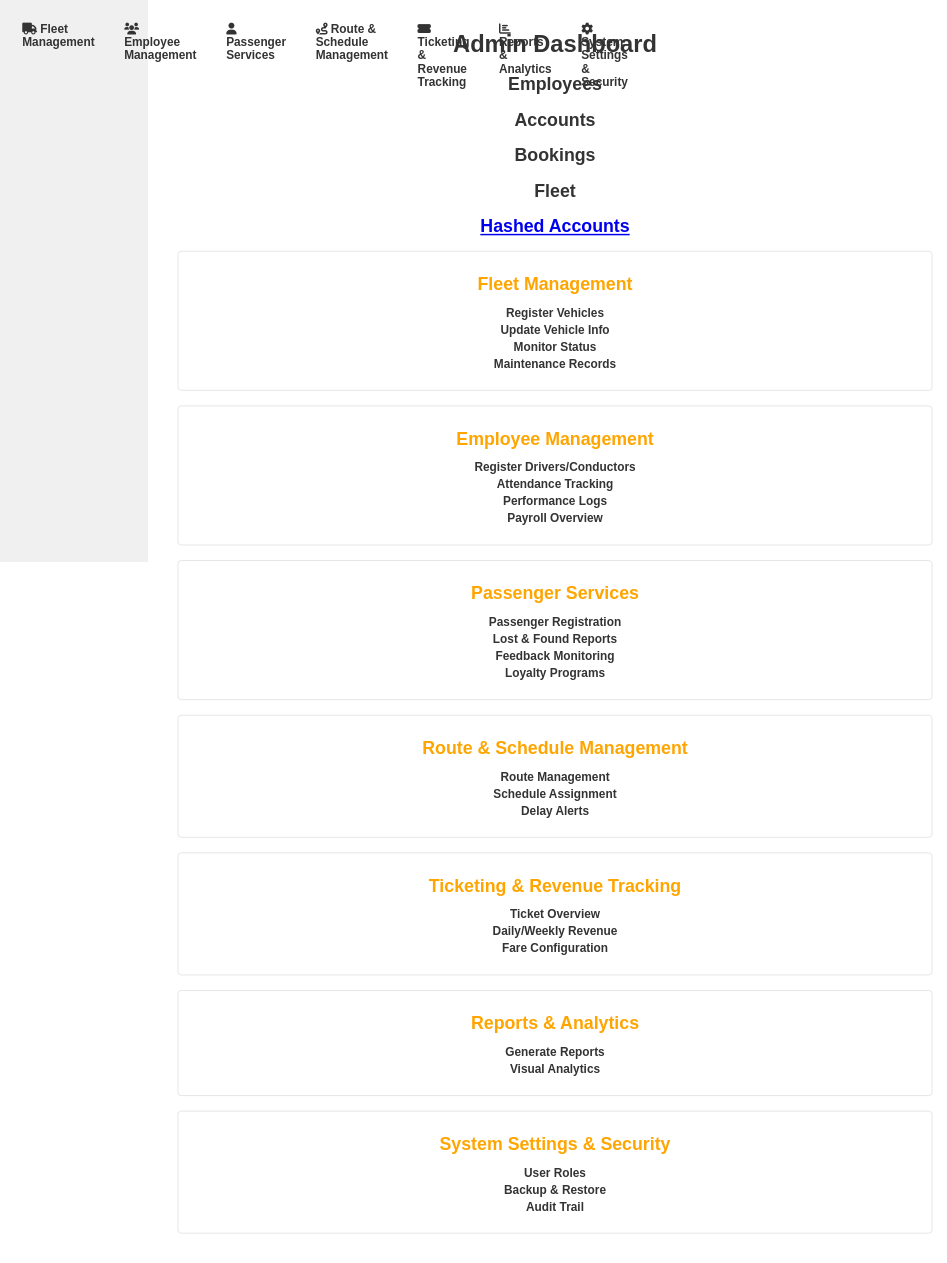
Repository: Ndegwa2/Smart-Transport-System
Page: client/admin.html
These files come from the project's save history. The page is drawn as it stood at one moment and after the next save; the edit follows.
The browser window is 1280 px wide. The pictures show the whole page, at 74% of full size.

Above is the page before, as saved 2025-05-27 11:45:57.
Console error: TypeError: Cannot set properties of null (setting 'innerHTML')

### client/admin.html
<!DOCTYPE html>
<html>
<head>
    <title>Admin Page</title>
    <meta name="viewport" content="width=device-width, initial-scale=1.0">
    <link rel="stylesheet" type="text/css" href="styles.css">
    <link rel="stylesheet" href="https://cdnjs.cloudflare.com/ajax/libs/font-awesome/6.0.0/css/all.min.css" integrity="sha512-9usAa10IRO0HhonpyAIVpjrylPvoDwiPUiKdWk5t3PyolY1cOd4DSE0Ga+ri4AuTroPR5aQvXU9xC6qOPnzFeg==" crossorigin="anonymous" referrerpolicy="no-referrer" />
</head>
<body>
  <div class="container">
    <nav class="sidebar">
      <ul>
        <li><a href="#fleet_management"><i class="fas fa-truck"></i> Fleet Management</a></li>
        <li><a href="#employee_management"><i class="fas fa-users"></i> Employee Management</a></li>
        <li><a href="#passenger_services"><i class="fas fa-user"></i> Passenger Services</a></li>
        <li><a href="#route_schedule_management"><i class="fas fa-route"></i> Route & Schedule Management</a></li>
        <li><a href="#ticketing_revenue_tracking"><i class="fas fa-ticket-alt"></i> Ticketing & Revenue Tracking</a></li>
        <li><a href="#reports_analytics"><i class="fas fa-chart-bar"></i> Reports & Analytics</a></li>
        <li><a href="#system_settings_security"><i class="fas fa-cog"></i> System Settings & Security</a></li>
      </ul>
    </nav>
    <main class="content">
      <h1>Admin Dashboard</h1>

    <section id="employees">
        <h2>Employees</h2>
        <!-- Employee data will be displayed here -->
    </section>

    <section id="accounts">
        <h2>Accounts</h2>
        <!-- Account data will be displayed here -->
    </section>

    <section id="bookings">
        <h2>Bookings</h2>
        <!-- Booking data will be displayed here -->
    </section>

    <section id="fleet">
        <h2>Fleet</h2>
        <!-- Fleet data will be displayed here -->
    </section>

    <section id="hashed_accounts_link">
        <h2><a href="hashed_accounts.html">Hashed Accounts</a></h2>
    </section>

    <section id="fleet_management">
      <h2>Fleet Management</h2>
      <!-- Fleet Management features will be displayed here -->
      <ul>
        <li><a href="#">Register Vehicles</a></li>
        <li><a href="#">Update Vehicle Info</a></li>
        <li><a href="#">Monitor Status</a></li>
        <li><a href="#">Maintenance Records</a></li>
      </ul>
    </section>

    <section id="employee_management">
      <h2>Employee Management</h2>
      <!-- Employee Management features will be displayed here -->
      <ul>
        <li><a href="#">Register Drivers/Conductors</a></li>
        <li><a href="#">Attendance Tracking</a></li>
        <li><a href="#">Performance Logs</a></li>
        <li><a href="#">Payroll Overview</a></li>
      </ul>
    </section>

    <section id="passenger_services">
      <h2>Passenger Services</h2>
      <!-- Passenger Services features will be displayed here -->
      <ul>
        <li><a href="#">Passenger Registration</a></li>
        <li><a href="#">Lost & Found Reports</a></li>
        <li><a href="#">Feedback Monitoring</a></li>
        <li><a href="#">Loyalty Programs</a></li>
      </ul>
    </section>

    <section id="route_schedule_management">
      <h2>Route & Schedule Management</h2>
      <!-- Route & Schedule Management features will be displayed here -->
      <ul>
        <li><a href="#">Route Management</a></li>
        <li><a href="#">Schedule Assignment</a></li>
        <li><a href="#">Delay Alerts</a></li>
      </ul>
    </section>

    <section id="ticketing_revenue_tracking">
      <h2>Ticketing & Revenue Tracking</h2>
      <!-- Ticketing & Revenue Tracking features will be displayed here -->
      <ul>
        <li><a href="#">Ticket Overview</a></li>
        <li><a href="#">Daily/Weekly Revenue</a></li>
        <li><a href="#">Fare Configuration</a></li>
      </ul>
    </section>

    <section id="reports_analytics">
      <h2>Reports & Analytics</h2>
      <!-- Reports & Analytics features will be displayed here -->
      <ul>
        <li><a href="#">Generate Reports</a></li>
        <li><a href="#">Visual Analytics</a></li>
      </ul>
    </section>

    <section id="system_settings_security">
      <h2>System Settings & Security</h2>
      <!-- System Settings & Security features will be displayed here -->
      <ul>
        <li><a href="#">User Roles</a></li>
        <li><a href="#">Backup & Restore</a></li>
        <li><a href="#">Audit Trail</a></li>
      </ul>
    </section>
    <script src="script.js"></script>
    </main>
  </div>
</body>
</html>

### client/styles.css
body {
    font-family: sans-serif;
    margin: 0;
    padding: 0;
    background-color: #fff;
    color: #333;
}

.container {
    display: grid;
    grid-template-columns: 200px 1fr;
    grid-gap: 20px;
    min-height: 100vh;
}

.sidebar {
    background-color: #f0f0f0;
    padding: 20px;
    position: sticky;
    top: 0;
    height: 100vh;
}

.sidebar ul {
    list-style: none;
    padding: 0;
}

.sidebar li {
    margin-bottom: 10px;
}

.sidebar a {
    text-decoration: none;
    color: #333;
    font-weight: bold;
    display: block;
    padding: 10px;
    border-radius: 5px;
    transition: background-color 0.3s ease;
}

.sidebar a:hover {
    background-color: #ddd;
}

.content {
    padding: 20px;
}

header {
    background-color: #fff;
    padding: 20px;
    display: flex;
    justify-content: space-between;
    align-items: center;
    box-shadow: 0 2px 5px rgba(0, 0, 0, 0.1);
}

.logo img {
    height: 50px;
}

nav ul {
    list-style: none;
    margin: 0;
    padding: 0;
    display: flex;
}

nav li {
    margin-right: 20px;
}

nav a {
    text-decoration: none;
    color: #333;
    font-weight: bold;
    transition: color 0.3s ease;
}

nav a:hover {
    color: orange;
}

.account {
    display: flex;
    align-items: center;
}

.sign-in-out button {
    background-color: orange;
    color: #fff;
    border: none;
    padding: 10px 20px;
    margin-right: 10px;
    border-radius: 5px;
    cursor: pointer;
    transition: background-color 0.3s ease;
}

.sign-in-out button:hover {
    background-color: #d97706;
}

.account-icon img {
    height: 30px;
    border-radius: 50%;
}

main {
    padding: 50px;
    text-align: center;
}

.hero h1 {
    font-size: 3em;
    color: orange;
    margin-bottom: 20px;
}

.hero p {
    font-size: 1.2em;
    line-height: 1.5;
}

footer {
    background-color: #333;
    color: #fff;
    text-align: center;
    padding: 20px;
}

.mission-vision-contacts {
    display: flex;
    justify-content: space-around;
    margin-top: 20px;
}

.card {
    width: 30%;
    padding: 20px;
    border: 1px solid #ddd;
    border-radius: 10px;
    text-align: left;
    transition: transform 0.3s ease;
}

.card:hover {
    transform: translateY(-5px);
    box-shadow: 0 4px 8px rgba(0, 0, 0, 0.2);
}

.slideshow {
    margin-top: 15px;
}

.slideshow-container {
    display: flex;
    flex-wrap: wrap;
}

.slide {
    width: 30%;
    margin: 10px;
    border: 1px solid #ddd;
    border-radius: 5px;
    box-shadow: 0 2px 5px rgba(0, 0, 0, 0.1);
    flex-shrink: 0;
    transition: transform 0.5s ease-in-out;
}

.slide img {
    width: 100%;
    height: 100%;
    object-fit: cover;
}

.about-us {
    margin-top: 15px;
    text-align: justify;
    padding: 20px;
    border: 1px solid #ddd;
    border-radius: 5px;
    box-shadow: 0 2px 5px rgba(0, 0, 0, 0.1);
    width: 100%;
    box-sizing: border-box;
}

.routes {
    margin-top: 20px;
    text-align: left;
}

.routes ul {
    list-style: none;
    padding: 0;
}

.routes li {
    margin-bottom: 10px;
}

.route-list {
    display: flex;
    justify-content: space-around;
    list-style: none;
    padding: 0;
}

.route-list li {
    text-align: center;
}

.route-list img {
    width: 100%;
    height: 200px;
    object-fit: cover;
    border-radius: 5px;
    box-shadow: 0 2px 5px rgba(0, 0, 0, 0.3);
    transition: transform 0.3s ease;
}

.route-list img:hover {
    transform: scale(1.1);
}

.route-list span {
    display: block;
    margin-top: 5px;
    font-weight: bold;
}

.booking-page header {
    background-color: #fff;
    padding: 20px;
    display: flex;
    justify-content: space-between;
    align-items: center;
    box-shadow: 0 2px 5px rgba(0, 0, 0, 0.1);
}

.booking-page main {
    padding: 50px;
    text-align: center;
}

.booking-page {
    background-color: #fff8f0; /* Light orange background */
}

.booking-page header {
    background-color: #ffddb3; /* Light orange header */
}

.booking-page footer {
    background-color: #ffbb77; /* Darker orange footer */
    color: #333;
}

.booking-page section {
    margin-bottom: 20px;
    width: 60%; /* Reduced width for smaller cards */
    border: 2px solid #ffbb77; /* Orange border */
    padding: 20px;
    border-radius: 10px;
    transition: border-color 0.3s ease;
}

.booking-page section:hover {
    border-color: #ff8f00; /* Darker orange on hover */
    box-shadow: 0 4px 8px rgba(0, 0, 0, 0.2);
}

/* Animated border */
@keyframes border-animation {
    0% { border-color: #ffbb77; }
    50% { border-color: #ff8f00; }
    100% { border-color: #ffbb77; }
}

.booking-page section {
    animation: border-animation 5s infinite;
}

.analytics-container {
    display: flex;
    justify-content: space-around;
    text-align: center;
}

.analytics-container div {
    width: 30%;
}

.booking-page footer {
    background-color: #333;
    color: #fff;
    text-align: center;
    padding: 20px;
}

/* Styles for routes.html */
.route-container {
    display: flex;
    flex-wrap: wrap;
    justify-content: space-around;
}

.route-card {
    width: 200px;
    margin: 10px;
    padding: 15px;
    border: 1px solid #ddd;
    border-radius: 5px;
    text-align: center;
}

.route-card h3 {
    color: orange;
}

.info-container {
    display: flex;
    justify-content: space-around;
    margin-top: 20px;
}

.info-card {
    width: 30%;
    padding: 15px;
    border: 1px solid #ddd;
    border-radius: 5px;
    text-align: center;
}

.info-card h3 {
    color: orange;
}

.route-card img {
    width: 100%;
    max-height: 150px;
    object-fit: cover;
    border-radius: 5px;
    margin-bottom: 10px;
}

.info-card img {
    width: 100%;
    max-height: 100px;
    object-fit: cover;
    border-radius: 5px;
    margin-bottom: 10px;
}

.info-card {
    float: left;
    width: 45%;
    margin-right: 2%;
    border: 2px solid black;
}

.info-card h3 {
    color: orange;
}

.info-card:last-child {
    float: right;
    margin-right: 0;
}

/* Admin page styles */
#admin-dashboard {
    padding: 20px;
}

#admin-dashboard h1 {
    color: orange;
    text-align: center;
}

#admin-dashboard section {
    margin-bottom: 20px;
    padding: 10px;
    border: 1px solid #ddd;
    border-radius: 5px;
}

#admin-dashboard h2 {
    color: orange;
    margin-bottom: 10px;
}

#admin-dashboard ul {
    list-style: none;
    padding: 0;
}

#admin-dashboard li {
    margin-bottom: 5px;
}

/* Styles for admin dashboard sections */
#fleet_management,
#employee_management,
#passenger_services,
#route_schedule_management,
#ticketing_revenue_tracking,
#reports_analytics,
#system_settings_security {
    margin-bottom: 20px;
    padding: 10px;
    border: 1px solid #ddd;
    border-radius: 5px;
}

#fleet_management h2,
#employee_management h2,
#passenger_services h2,
#route_schedule_management h2,
#ticketing_revenue_tracking h2,
#reports_analytics h2,
#system_settings_security h2 {
    color: orange;
    margin-bottom: 10px;
}

#fleet_management ul,
#employee_management ul,
#passenger_services ul,
#route_schedule_management ul,
#ticketing_revenue_tracking ul,
#reports_analytics ul,
#system_settings_security ul {
    list-style: none;
    padding: 0;
}

#fleet_management li,
#employee_management li,
#passenger_services li,
#route_schedule_management li,
#ticketing_revenue_tracking li,
#reports_analytics li,
#system_settings_security li {
    margin-bottom: 5px;
}

#fleet_management li a,
#employee_management li a,
#passenger_services li a,
#route_schedule_management li a,
#ticketing_revenue_tracking li a,
#reports_analytics li a,
#system_settings_security li a {
    text-decoration: none;
    color: #333;
    font-weight: bold;
    transition: color 0.3s ease;
}

#fleet_management li a:hover,
#employee_management li a:hover,
#passenger_services li a:hover,
#route_schedule_management li a:hover,
#ticketing_revenue_tracking li a:hover,
#reports_analytics li a:hover,
#system_settings_security li a:hover {
    color: orange;
}

### client/script.js
const routesData = [
  {
    route: "Nairobi - Kisumu",
    time: "8:00 AM",
    availableBuses: 5,
    availableSeats: 20,
    occupiedSeats: 30
  },
  {
    route: "Nairobi - Mombasa",
    time: "9:00 AM",
    availableBuses: 3,
    availableSeats: 10,
    occupiedSeats: 40
  }
];

function displayRoutes() {
  const routesSection = document.getElementById("routes");
  let routesHTML = "<ul>";
  routesData.forEach(route => {
    routesHTML += `<li>${route.route} - ${route.time} - Available Buses: ${route.availableBuses}</li>`;
  });
  routesHTML += "</ul>";
  routesSection.innerHTML = routesHTML;
}

function displayAnalytics() {
  if (isAdmin()) {
    const busAnalyticsSection = document.getElementById("bus-analytics");
    const seatAnalyticsSection = document.getElementById("seat-analytics");

    let totalAvailableBuses = 0;
    let totalAvailableSeats = 0;
    let totalOccupiedSeats = 0;

    routesData.forEach(route => {
      totalAvailableBuses += route.availableBuses;
      totalAvailableSeats += route.availableSeats;
      totalOccupiedSeats += route.occupiedSeats;
    });

    busAnalyticsSection.innerHTML = `<p>Total Available Buses: ${totalAvailableBuses}</p>`;
    seatAnalyticsSection.innerHTML = `
      <p>Total Available Seats: ${totalAvailableSeats}</p>
      <p>Total Occupied Seats: ${totalOccupiedSeats}</p>`;
  } else {
    const analyticsSection = document.getElementById("analytics");
    analyticsSection.innerHTML = "<p>Analytics available to admins only.</p>";
  }
}

function isAdmin() {
  // Replace with actual authentication check
  return true;
}

// 🌦️ Fetch and display real-time weather
function fetchWeather() {
  const WEATHER_API_KEY = 'a9232d8b5b75e6c17a3560c1dd3803f4'//API Key.
  const CITY = 'Nairobi';
  const url = `https://api.openweathermap.org/data/2.5/weather?q=${CITY}&appid=${WEATHER_API_KEY}&units=metric`;

  fetch(url)
    .then(response => {
      if (!response.ok) throw new Error('Weather fetch failed');
      return response.json();
    })
    .then(data => {
      const weatherDesc = data.weather[0].description;
      const temp = data.main.temp;
      const trafficUpdate = document.getElementById('traffic-update');
      trafficUpdate.innerHTML += `
        <p><i class="fas fa-cloud-sun"></i> Weather in ${CITY}: ${weatherDesc}, ${temp}°C</p>
      `;
    })
    .catch(error => console.error('Weather error:', error));
}

// Run functions
displayRoutes();
displayAnalytics();
fetchWeather();

// Function to update booking information dynamically
function updateBookingInfo() {
    const distance = Math.floor(Math.random() * 500) + 100; // Random distance between 100 and 600 km
    const eta = Math.floor(Math.random() * 8) + 3; // Random ETA between 3 and 10 hours
    const fare = 1500; // Base fare
    const totalFare = fare + (distance * 2); // Example calculation

    document.getElementById('distance').textContent = `${distance} km`;
    document.getElementById('eta').textContent = `${eta} hours`;
    document.getElementById('total-fare').textContent = `Ksh ${totalFare}`;
}

// Call updateBookingInfo to display dynamic data
updateBookingInfo();

// Add event listeners to the links in the admin dashboard sections
const adminDashboardSections = document.querySelectorAll('#fleet_management a, #employee_management a, #passenger_services a, #route_schedule_management a, #ticketing_revenue_tracking a, #reports_analytics a, #system_settings_security a');

adminDashboardSections.forEach(link => {
    link.addEventListener('click', (event) => {
        event.preventDefault();
        alert('This feature is not yet implemented.');
    });
});

After the next save:
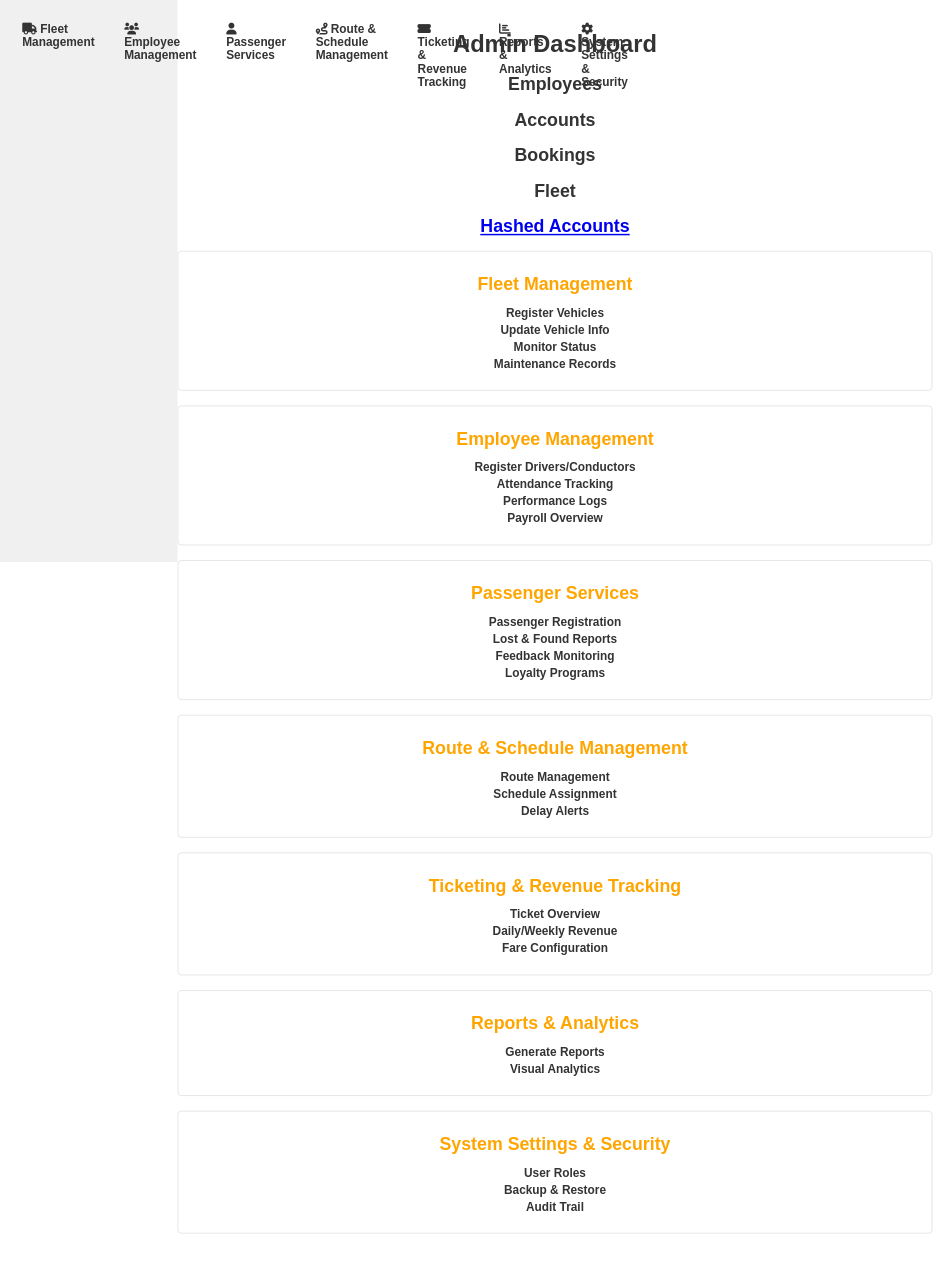
Saved 9 s later.
--- a/client/styles.css
+++ b/client/styles.css
@@ -19,6 +19,7 @@ body {
     position: sticky;
     top: 0;
     height: 100vh;
+    width: 200px; /* Set a fixed width for the sidebar */
 }
 
 .sidebar ul {
